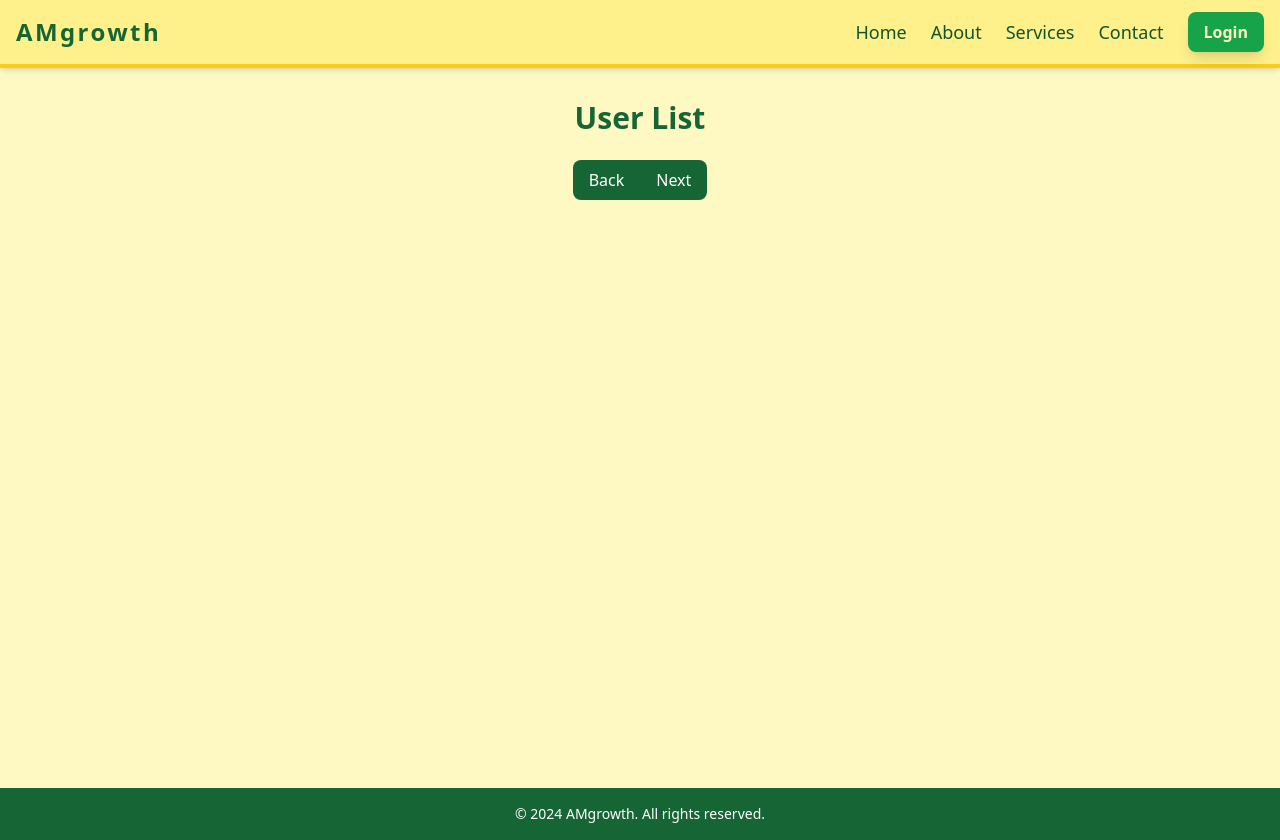
Repository: ArievfRahman-Dev/Mini-Project-II
Page: / (app in miniproject2/)
These files come from the project's save history. The page is drawn as it stood at one moment and after the next save; the edit follows.
The browser window is 1280 px wide. The pictures show the whole page.
The page's requests for data from a server got no answer. The project was rebuilt for these pictures with package versions that can differ from the ones it lists, and the page was loaded fresh each time. No one was signed in, and anything a server would have sent is missing. Also part of the build but not shown: miniproject2/vite.config.js, miniproject2/src/pages/DetailUser/index.jsx, miniproject2/src/pages/LoginPage/index.jsx, miniproject2/src/pages/RegisterPages/index.jsx, miniproject2/src/routes/ProtectedRoute.jsx.

Above is the page before, as saved 2024-12-16 23:09:57.

### miniproject2/index.html
<!DOCTYPE html>
<html lang="en">
  <head>
    <meta charset="UTF-8" />
    <link rel="icon" type="image/svg+xml" href="/vite.svg" />
    <meta name="viewport" content="width=device-width, initial-scale=1.0" />
    <title>Vite + React</title>
    <link
      href="https://fonts.googleapis.com/css2?family=Roboto:wght@400;500;700&display=swap"
      rel="stylesheet"
    />
    <link
      href="https://cdn.jsdelivr.net/npm/remixicon/fonts/remixicon.css"
      rel="stylesheet"
    />
  </head>
  <body>
    <div id="root"></div>
    <script type="module" src="/src/main.jsx"></script>
  </body>
</html>

### miniproject2/src/App.jsx
import { BrowserRouter, Routes, Route } from "react-router-dom";
import { HomePage } from "./pages/HomePage";
import { DetailUser } from "./pages/DetailUser";
import { LoginPage } from "./pages/LoginPage";
import { RegisterPage } from "./pages/RegisterPages";
import { ProtectedRoute } from "./routes/ProtectedRoute";

export const App = () => {
  return (
    <div>
      <BrowserRouter>
        <Routes>
          <Route path="/" element={<HomePage />} />
          <Route
            path="/detail/:id"
            element={
              <ProtectedRoute>
                <DetailUser />
              </ProtectedRoute>
            }
          />
          <Route path="/login" element={<LoginPage />} />
          <Route path="/regist" element={<RegisterPage />} />
        </Routes>
      </BrowserRouter>
    </div>
  );
};

### miniproject2/src/pages/HomePage/index.jsx
import { Navbar } from "../../components/Navbar";
import { Footer } from "../../components/Footer";
import { useState, useEffect } from "react";
import axios from "axios";
import { Link } from "react-router-dom";
export const HomePage = () => {
  const [data, setData] = useState([]);
  let [page, setPage] = useState(1);
  const [totalPages, setTotalPages] = useState(1);

  const getData = async () => {
    try {
      const res = await axios.get(`https://reqres.in/api/users?page=${page}`);
      console.log(res.data.data);
      setData(res.data.data);
      setTotalPages(res.data.total_pages);
    } catch (error) {
      console.log(error);
    }
  };
  const handleNext = () => {
    setPage((page += 1));
  };
  const handleBack = () => {
    setPage(page - +1);
  };
  useEffect(() => {
    getData();
  }, [page]);

  return (
    <div>
      <Navbar />

      <div className="bg-yellow-100 min-h-screen py-8">
        <div className="container mx-auto px-4">
          <h1 className="text-3xl font-bold text-green-800 retro-font mb-6 text-center">
            User List
          </h1>
          <div className="flex justify-center mb-4">
            <button
              onClick={handleBack}
              disabled={page === 1}
              className="px-4 py-2 bg-green-600 disabled:bg-green-800 text-white rounded-l-lg hover:bg-green-700"
            >
              Back
            </button>
            <button
              onClick={handleNext}
              disabled={page === totalPages}
              className="px-4 py-2 bg-green-600 disabled:bg-green-800 text-white rounded-r-lg hover:bg-green-700"
            >
              Next
            </button>
          </div>
          <div className="grid grid-cols-1 sm:grid-cols-2 md:grid-cols-3 gap-6">
            {data.map((user) => (
              <div
                key={user.id}
                className="bg-yellow-200 border-2 border-yellow-400 shadow-lg rounded-lg p-4 flex flex-col items-center text-center"
              >
                <img
                  src={user.avatar}
                  alt="User Avatar"
                  className="w-24 h-24 rounded-full border-4 border-green-800 mb-4"
                />
                <p className="text-lg font-bold text-green-900 retro-font">
                  {user.first_name} {user.last_name}
                </p>
                <p className="text-green-800">{user.email}</p>
                <Link to={`/detail/${user.id}`}>
                  <button className=" mt-2 px-4 py-1 font-semibold  text-yellow-100 transition-colors bg-green-600 rounded-lg hover:bg-green-800 retro-font shadow-lg">
                    Detail User
                  </button>
                </Link>
              </div>
            ))}
          </div>
        </div>
      </div>
      <Footer />
    </div>
  );
};

### miniproject2/src/components/Navbar/index.jsx
import { Link, useNavigate } from "react-router-dom";
import { useState } from "react";

export const Navbar = () => {
  const navigate = useNavigate();
  const token = localStorage.getItem("access_token");
  const [isMenuOpen, setIsMenuOpen] = useState(false);

  const handleLogout = () => {
    localStorage.clear();
    setTimeout(() => navigate("/login"), 1000);
  };

  const toggleMenu = () => setIsMenuOpen((prevState) => !prevState);

  return (
    <nav className="sticky top-0 z-50 bg-yellow-200 border-b-4 border-yellow-400 shadow-md">
      <div className="container mx-auto px-4 py-3 flex justify-between items-center">
        <Link
          to="/"
          className="text-2xl font-bold text-green-800 retro-font tracking-widest"
        >
          AMgrowth
        </Link>

        {/* Menu for Mobile and Desktop */}
        <div
          className={`flex flex-col md:flex-row items-center ${
            isMenuOpen ? "block" : "hidden"
          } md:flex md:space-x-6`}
        >
          <Link
            to="/"
            className="text-green-900 hover:text-yellow-700 font-medium text-lg py-2 md:py-0"
          >
            Home
          </Link>
          <Link
            to="/"
            className="text-green-900 hover:text-yellow-700 font-medium text-lg py-2 md:py-0"
          >
            About
          </Link>
          <Link
            to="/"
            className="text-green-900 hover:text-yellow-700 font-medium text-lg py-2 md:py-0"
          >
            Services
          </Link>
          <Link
            to="/"
            className="text-green-900 hover:text-yellow-700 font-medium text-lg py-2 md:py-0"
          >
            Contact
          </Link>
          {token ? (
            <button
              className="px-4 py-2 font-semibold text-yellow-100 bg-gray-500 rounded-lg hover:bg-gray-600 retro-font shadow-lg mt-2 md:mt-0"
              onClick={handleLogout}
            >
              Logout
            </button>
          ) : (
            <Link
              to="/login"
              className="px-4 py-2 font-semibold text-yellow-100 bg-green-600 rounded-lg hover:bg-green-800 retro-font shadow-lg mt-2 md:mt-0"
            >
              Login
            </Link>
          )}
        </div>

        {/* Hamburger Icon */}
        <div className="md:hidden" onClick={toggleMenu}>
          <i className={isMenuOpen ? "ri-close-line" : "ri-menu-line"}></i>
        </div>
      </div>
    </nav>
  );
};

### miniproject2/src/components/Footer/index.jsx
export const Footer = () => {
  return (
    <div className="bg-green-800 text-white py-4">
      <div className="container mx-auto text-center">
        <p className="text-sm">
          &copy; {new Date().getFullYear()} AMgrowth. All rights reserved.
        </p>
      </div>
    </div>
  );
};

Loaded but not shown: miniproject2/src/main.jsx (common file); miniproject2/src/index.css (common file); miniproject2/tailwind.config.js (common file)

After the next save:
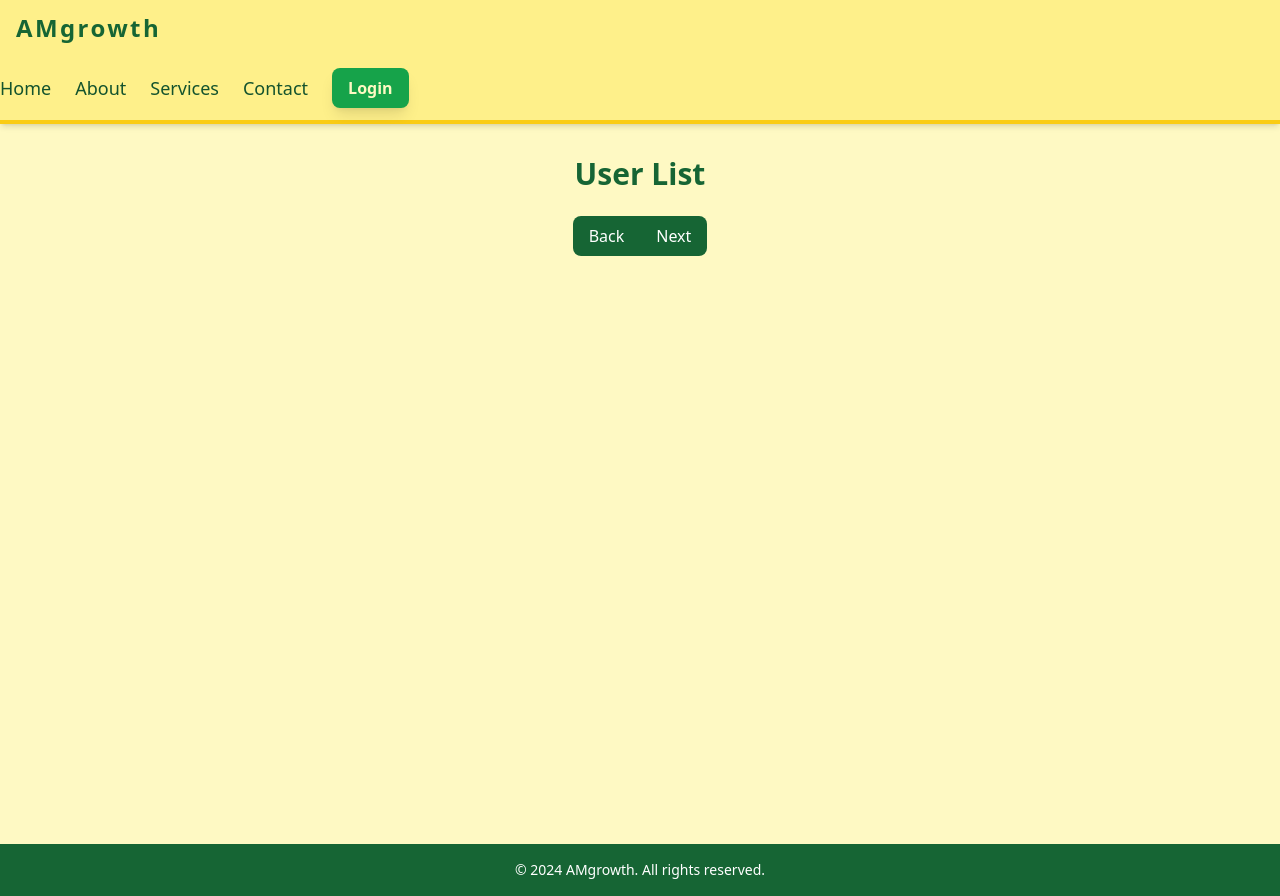
Saved 85 s later.
--- a/miniproject2/src/components/Navbar/index.jsx
+++ b/miniproject2/src/components/Navbar/index.jsx
@@ -23,58 +23,58 @@
           AMgrowth
         </Link>
 
-        {/* Menu for Mobile and Desktop */}
-        <div
-          className={`flex flex-col md:flex-row items-center ${
-            isMenuOpen ? "block" : "hidden"
-          } md:flex md:space-x-6`}
-        >
-          <Link
-            to="/"
-            className="text-green-900 hover:text-yellow-700 font-medium text-lg py-2 md:py-0"
-          >
-            Home
-          </Link>
-          <Link
-            to="/"
-            className="text-green-900 hover:text-yellow-700 font-medium text-lg py-2 md:py-0"
-          >
-            About
-          </Link>
-          <Link
-            to="/"
-            className="text-green-900 hover:text-yellow-700 font-medium text-lg py-2 md:py-0"
-          >
-            Services
-          </Link>
-          <Link
-            to="/"
-            className="text-green-900 hover:text-yellow-700 font-medium text-lg py-2 md:py-0"
-          >
-            Contact
-          </Link>
-          {token ? (
-            <button
-              className="px-4 py-2 font-semibold text-yellow-100 bg-gray-500 rounded-lg hover:bg-gray-600 retro-font shadow-lg mt-2 md:mt-0"
-              onClick={handleLogout}
-            >
-              Logout
-            </button>
-          ) : (
-            <Link
-              to="/login"
-              className="px-4 py-2 font-semibold text-yellow-100 bg-green-600 rounded-lg hover:bg-green-800 retro-font shadow-lg mt-2 md:mt-0"
-            >
-              Login
-            </Link>
-          )}
-        </div>
-
-        {/* Hamburger Icon */}
+        {/* Hamburger Icon for Mobile */}
         <div className="md:hidden" onClick={toggleMenu}>
           <i className={isMenuOpen ? "ri-close-line" : "ri-menu-line"}></i>
         </div>
       </div>
+
+      {/* Menu for Mobile and Desktop */}
+      <div
+        className={`${
+          isMenuOpen ? "block" : "hidden"
+        } md:flex flex-col md:flex-row items-center md:space-x-6 md:mt-0 mt-4 py-3 bg-yellow-200 md:bg-transparent`}
+      >
+        <Link
+          to="/"
+          className="text-green-900 hover:text-yellow-700 font-medium text-lg py-2 md:py-0"
+        >
+          Home
+        </Link>
+        <Link
+          to="/"
+          className="text-green-900 hover:text-yellow-700 font-medium text-lg py-2 md:py-0"
+        >
+          About
+        </Link>
+        <Link
+          to="/"
+          className="text-green-900 hover:text-yellow-700 font-medium text-lg py-2 md:py-0"
+        >
+          Services
+        </Link>
+        <Link
+          to="/"
+          className="text-green-900 hover:text-yellow-700 font-medium text-lg py-2 md:py-0"
+        >
+          Contact
+        </Link>
+        {token ? (
+          <button
+            className="px-4 py-2 font-semibold text-yellow-100 bg-gray-500 rounded-lg hover:bg-gray-600 retro-font shadow-lg mt-2 md:mt-0"
+            onClick={handleLogout}
+          >
+            Logout
+          </button>
+        ) : (
+          <Link
+            to="/login"
+            className="px-4 py-2 font-semibold text-yellow-100 bg-green-600 rounded-lg hover:bg-green-800 retro-font shadow-lg mt-2 md:mt-0"
+          >
+            Login
+          </Link>
+        )}
+      </div>
     </nav>
   );
 };

After the save that followed:
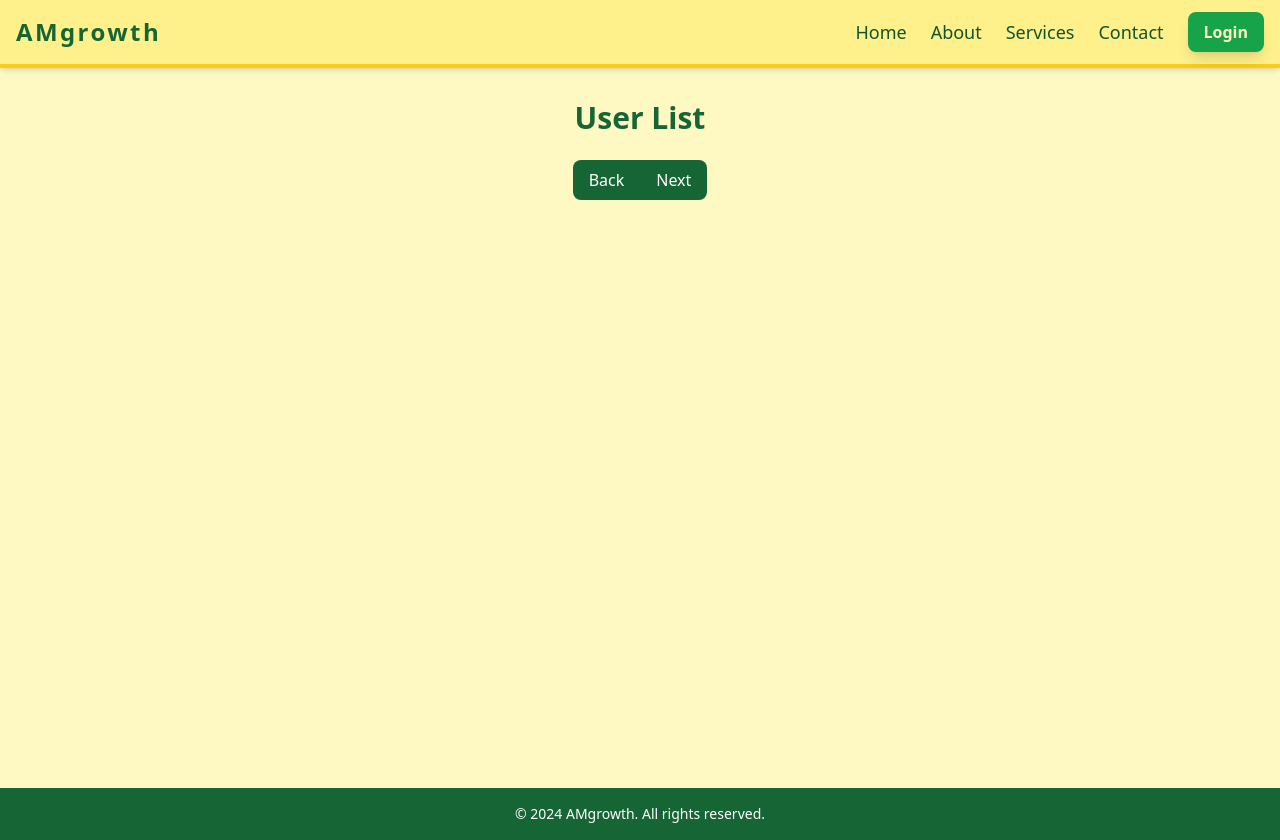
Saved 46 s later.
--- a/miniproject2/src/components/Navbar/index.jsx
+++ b/miniproject2/src/components/Navbar/index.jsx
@@ -23,58 +23,58 @@
           AMgrowth
         </Link>
 
-        {/* Hamburger Icon for Mobile */}
+        {/* Menu for Mobile and Desktop */}
+        <div
+          className={`flex flex-col md:flex-row items-center ${
+            isMenuOpen ? "block" : "hidden"
+          } md:flex md:space-x-6`}
+        >
+          <Link
+            to="/"
+            className="text-green-900 hover:text-yellow-700 font-medium text-lg py-2 md:py-0"
+          >
+            Home
+          </Link>
+          <Link
+            to="/"
+            className="text-green-900 hover:text-yellow-700 font-medium text-lg py-2 md:py-0"
+          >
+            About
+          </Link>
+          <Link
+            to="/"
+            className="text-green-900 hover:text-yellow-700 font-medium text-lg py-2 md:py-0"
+          >
+            Services
+          </Link>
+          <Link
+            to="/"
+            className="text-green-900 hover:text-yellow-700 font-medium text-lg py-2 md:py-0"
+          >
+            Contact
+          </Link>
+          {token ? (
+            <button
+              className="px-4 py-2 font-semibold text-yellow-100 bg-gray-500 rounded-lg hover:bg-gray-600 retro-font shadow-lg mt-2 md:mt-0"
+              onClick={handleLogout}
+            >
+              Logout
+            </button>
+          ) : (
+            <Link
+              to="/login"
+              className="px-4 py-2 font-semibold text-yellow-100 bg-green-600 rounded-lg hover:bg-green-800 retro-font shadow-lg mt-2 md:mt-0"
+            >
+              Login
+            </Link>
+          )}
+        </div>
+
+        {/* Hamburger Icon */}
         <div className="md:hidden" onClick={toggleMenu}>
           <i className={isMenuOpen ? "ri-close-line" : "ri-menu-line"}></i>
         </div>
       </div>
-
-      {/* Menu for Mobile and Desktop */}
-      <div
-        className={`${
-          isMenuOpen ? "block" : "hidden"
-        } md:flex flex-col md:flex-row items-center md:space-x-6 md:mt-0 mt-4 py-3 bg-yellow-200 md:bg-transparent`}
-      >
-        <Link
-          to="/"
-          className="text-green-900 hover:text-yellow-700 font-medium text-lg py-2 md:py-0"
-        >
-          Home
-        </Link>
-        <Link
-          to="/"
-          className="text-green-900 hover:text-yellow-700 font-medium text-lg py-2 md:py-0"
-        >
-          About
-        </Link>
-        <Link
-          to="/"
-          className="text-green-900 hover:text-yellow-700 font-medium text-lg py-2 md:py-0"
-        >
-          Services
-        </Link>
-        <Link
-          to="/"
-          className="text-green-900 hover:text-yellow-700 font-medium text-lg py-2 md:py-0"
-        >
-          Contact
-        </Link>
-        {token ? (
-          <button
-            className="px-4 py-2 font-semibold text-yellow-100 bg-gray-500 rounded-lg hover:bg-gray-600 retro-font shadow-lg mt-2 md:mt-0"
-            onClick={handleLogout}
-          >
-            Logout
-          </button>
-        ) : (
-          <Link
-            to="/login"
-            className="px-4 py-2 font-semibold text-yellow-100 bg-green-600 rounded-lg hover:bg-green-800 retro-font shadow-lg mt-2 md:mt-0"
-          >
-            Login
-          </Link>
-        )}
-      </div>
     </nav>
   );
 };
